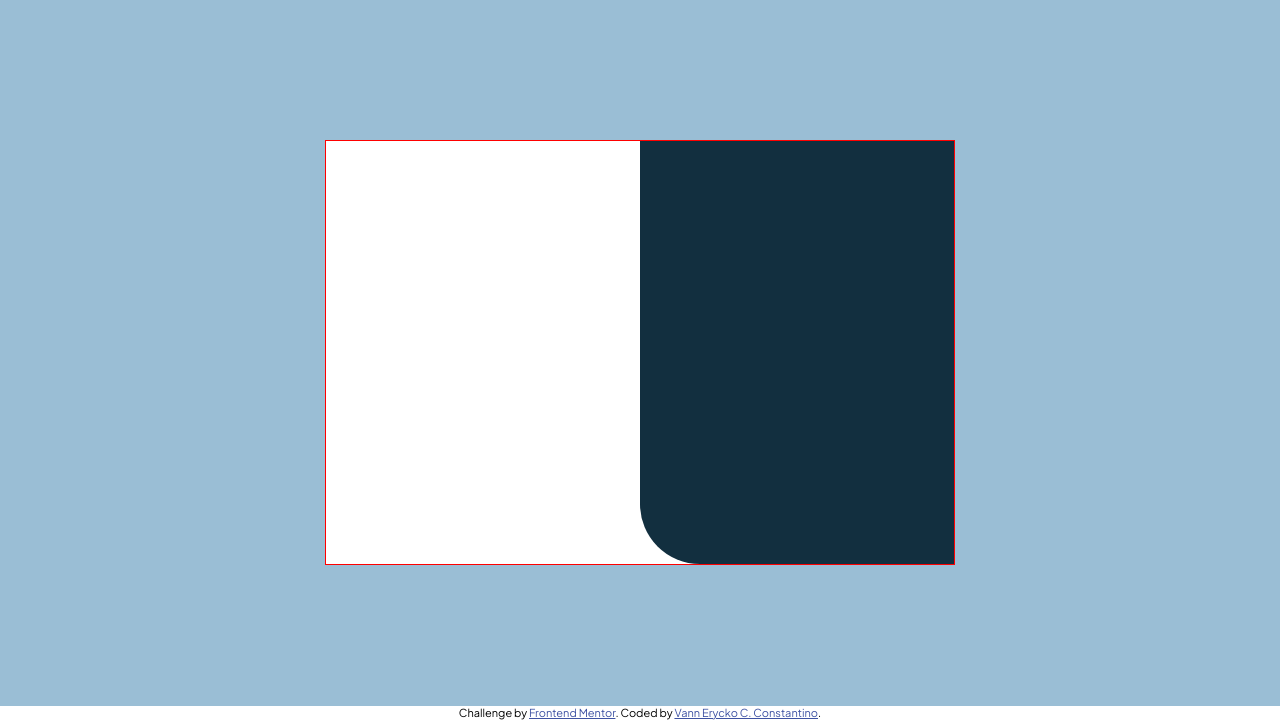
Repository: kocokoy/mortgage-repayment-calculator
Page: index.html
These files come from the project's save history. The page is drawn as it stood at one moment and after the next save; the edit follows.
The browser window is 1280 px wide. The pictures show the whole page.

Above is the page before, as saved 2024-10-29 09:50:35.

### index.html
<!DOCTYPE html>
<html lang="en">
<head>
  <meta charset="UTF-8">
  <meta name="viewport" content="width=device-width, initial-scale=1.0"> <!-- displays site properly based on user's device -->

  <link rel="icon" type="image/png" sizes="32x32" href="./assets/images/favicon-32x32.png">
  <link rel="stylesheet" href="/styles/style.css">
  <link rel="preconnect" href="https://fonts.googleapis.com">
<link rel="preconnect" href="https://fonts.gstatic.com" crossorigin>
<link href="https://fonts.googleapis.com/css2?family=Karla:ital,wght@0,200..800;1,200..800&family=Plus+Jakarta+Sans:ital,wght@0,200..800;1,200..800&family=Red+Hat+Text:ital,wght@0,300..700;1,300..700&display=swap" rel="stylesheet">

  <title>Frontend Mentor | Mortgage repayment calculator</title>
</head>
<body>
  <div class="container">
    <div class="container-card">
      <div class="mortgage-calculator-side"></div>
      <div class="result-side"></div>
    </div>
  </div>


  <div class="attribution">
    Challenge by <a href="https://www.frontendmentor.io?ref=challenge">Frontend Mentor</a>.
    Coded by <a href="#">Vann Erycko C. Constantino</a>.
  </div>
</body>
</html>

### styles/style.css
:root{
/* Primary */

--lime: hsl(61, 70%, 52%);
--red: hsl(4, 69%, 50%);

/* Neutral */

--white: hsl(0, 0%, 100%);
--slate100: hsl(202, 86%, 94%);
--slate300: hsl(203, 41%, 72%);
--slate500: hsl(200, 26%, 54%);
--slate700: hsl(200, 24%, 40%);
--slate900: hsl(202, 55%, 16%);
}

.attribution {
  font-size: 11px; text-align: center;
 }
.attribution a {
  color: hsl(228, 45%, 44%);
 }

body{
  margin: 0;
  padding: 0;
  font-family: Plus Jakarta Sans;
}
.container{
  height: 98vh;
  display: flex;
  flex-direction: column;
  justify-content: center;
  align-items: center;
  background-color: var(--slate300);
}
.container-card{
  display: flex;
  flex-direction: row;
  border: 1px solid red;
  height: 60%;
  width: 49%;
  background-color: var(--white);

}
.mortgage-calculator-side{
height: 100%;
width: 50%;
background-color: var(--white);
border-top-left-radius: 10px;
}
.result-side{
  height: 100%;
  width: 50%;
  background-color: var(--slate900);
  border-bottom-left-radius: 60px;
}

After the next save:
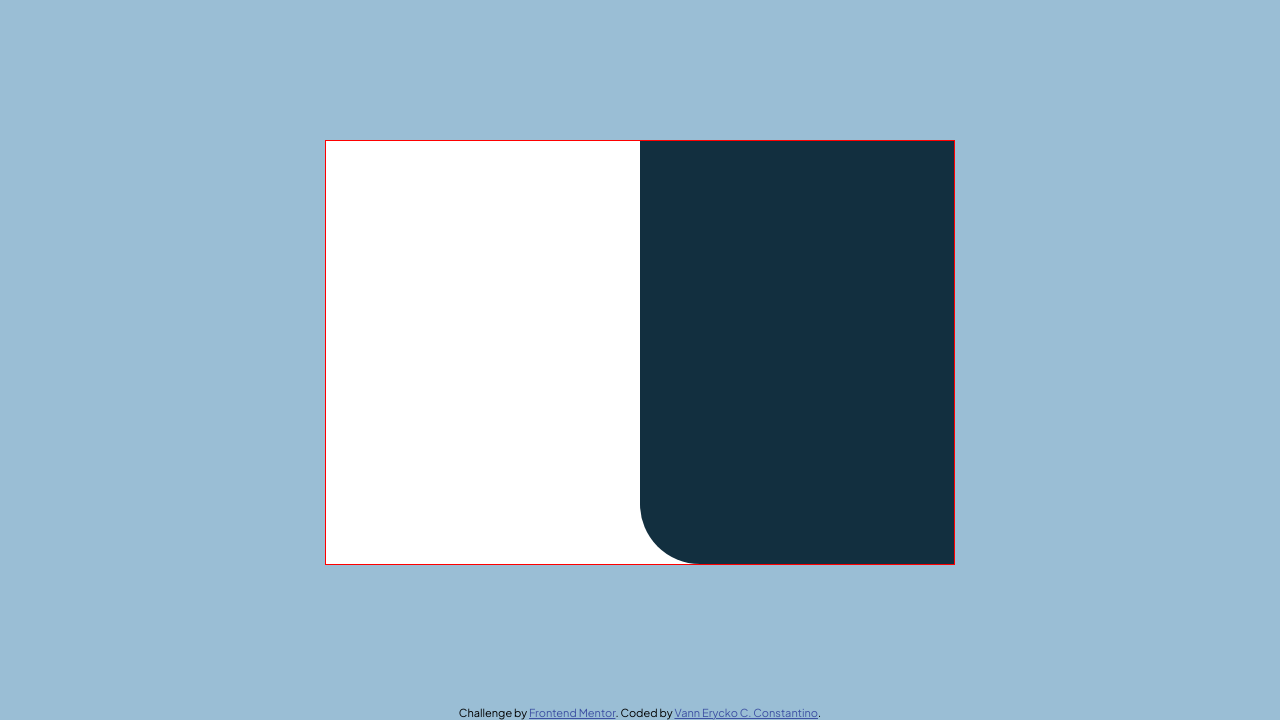
Saved 6 s later.
--- a/styles/style.css
+++ b/styles/style.css
@@ -25,6 +25,7 @@ body{
   margin: 0;
   padding: 0;
   font-family: Plus Jakarta Sans;
+  background-color: var(--slate300);
 }
 .container{
   height: 98vh;
@@ -32,7 +33,7 @@ body{
   flex-direction: column;
   justify-content: center;
   align-items: center;
-  background-color: var(--slate300);
+
 }
 .container-card{
   display: flex;
